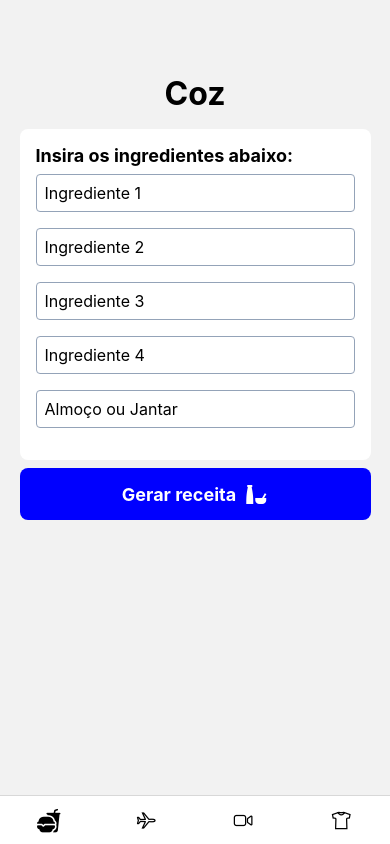
Repository: Matheus904-12/routes
Screen: / (app in roteamento/)
An editor plug-in stored every save of this project. The screen is shown before and after a run of saves, followed by the edit.
The app was drawn by React Native's web renderer in a window 390 px wide. The project was rebuilt for these pictures with package versions that can differ from the ones it lists, and the page was loaded fresh each time. Also part of the build but not shown: roteamento/pages/viagem.js, roteamento/pages/filmes.js, roteamento/pages/roupas.js.

Above is the screen before, as saved 2024-05-01 17:22:16.

After the next 4 saves:
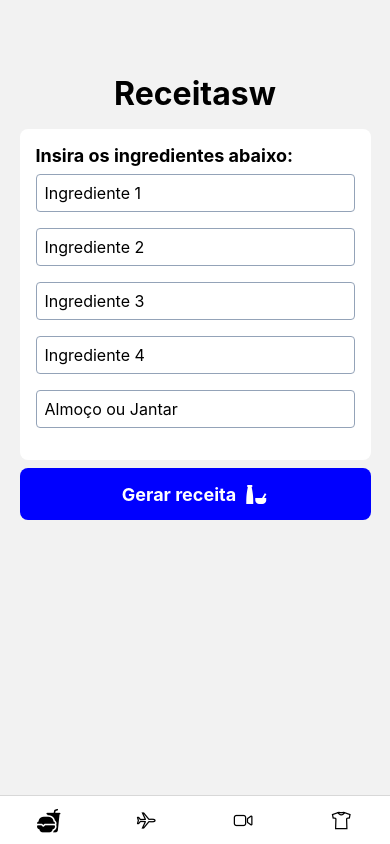
The 4 saves are shown as one change because they came seconds apart.
The last was saved 51 s later.
--- a/roteamento/pages/receita.js
+++ b/roteamento/pages/receita.js
@@ -63,7 +63,7 @@ export function Receita() {
         <ScrollView>
             <View style={ESTILOS.container}>
                 <StatusBar barStyle="dark-content" translucent={true} backgroundColor="#F1F1F1" />
-                <Text style={ESTILOS.header}>Coz</Text>
+                <Text style={ESTILOS.header}>Receitasw</Text>
                 <View style={ESTILOS.form}>
                     <Text style={ESTILOS.label}>Insira os ingredientes abaixo:</Text>
                     <TextInput
